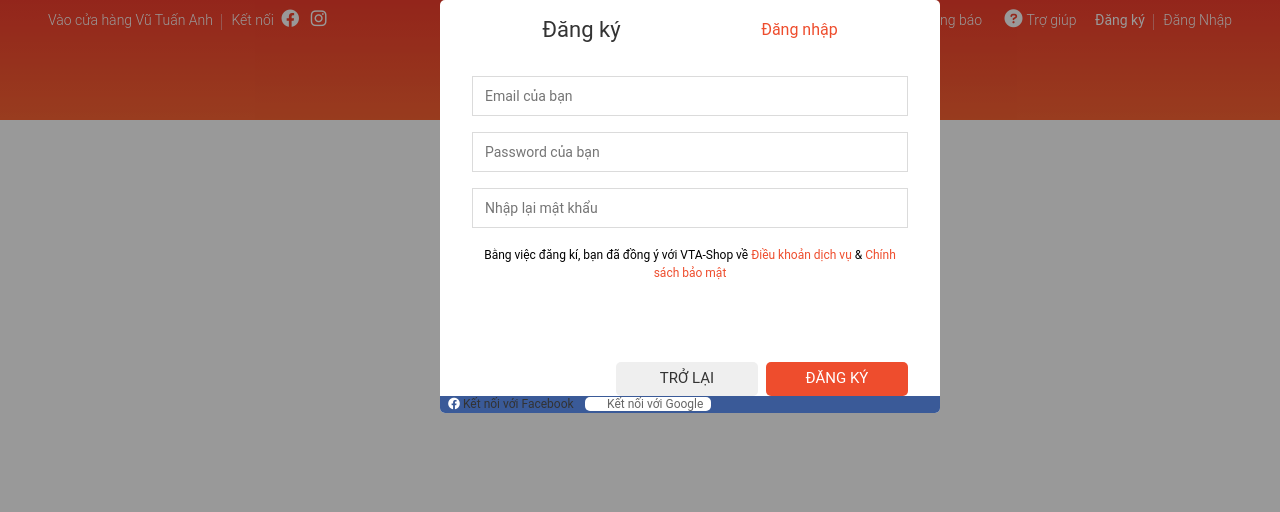
Repository: VuTuanAnh0949/Shopee
Page: index.html
The author's editor kept a copy of each file at every save. The page is drawn from the files as they stood at one save, then again after the next save.
The browser window is 1280 px wide. The pictures show the whole page.

Above is the page before, as saved 2022-02-15 13:21:40.

After the next save:
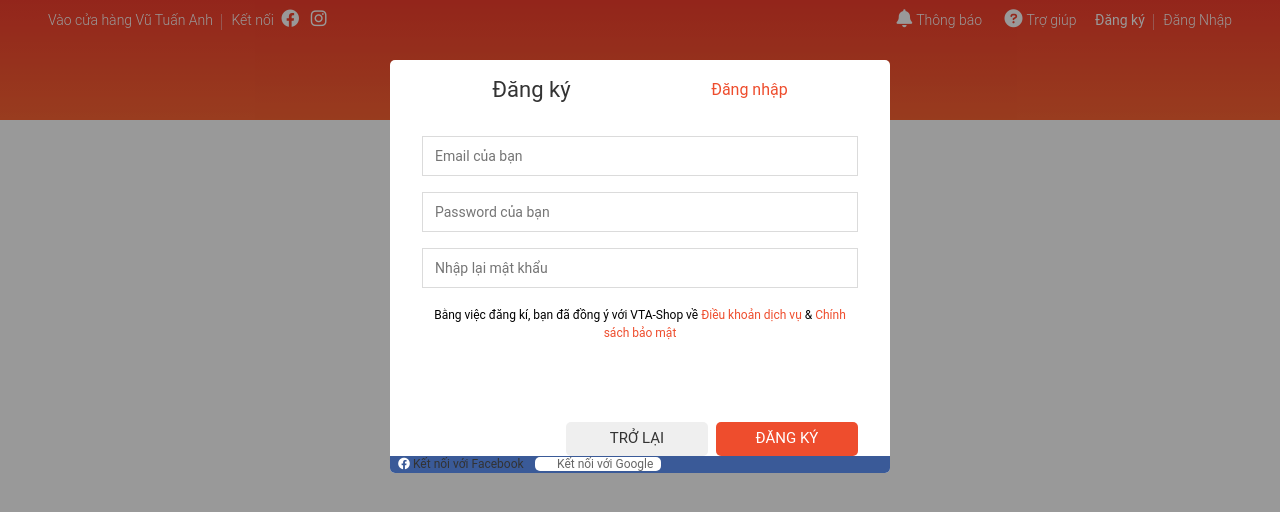
Saved 10 s later.
--- a/assets/css/base.css
+++ b/assets/css/base.css
@@ -50,8 +50,8 @@ html {
   background-color: rgba(0,0,0,0.4);
 }
 .modal__body{
-  width: 400px;
-  height: 1000px;
+  width: 500px;
+  height: 600px;
 
   margin: auto;
   position: relative;
